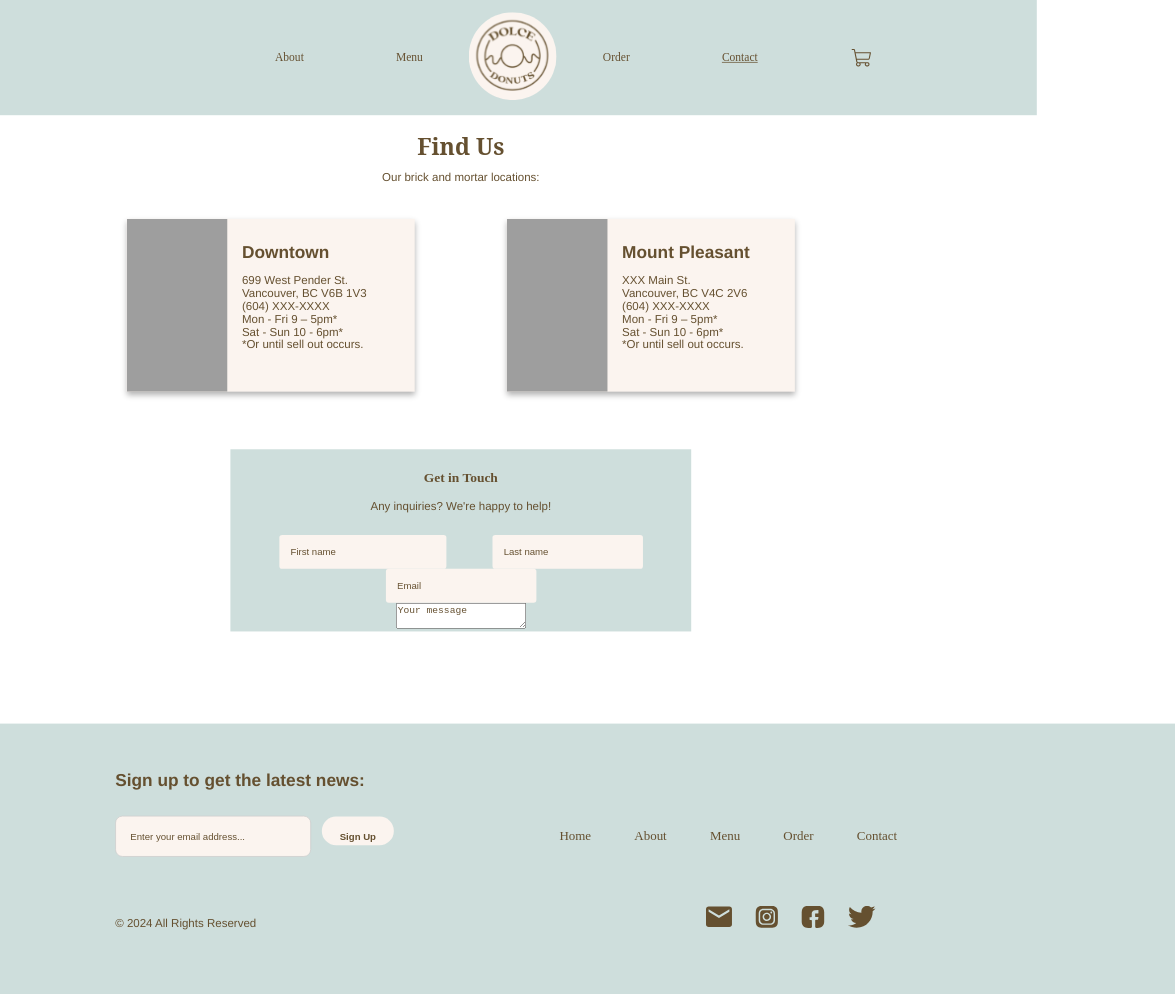
Repository: Crystalhtc/dolcedonuts
Page: /contact
These files come from the project's save history. The page is drawn as it stood at one moment and after the next save; the edit follows.
The browser window is 1280 px wide. The page is 1632 px wide, so the pictures cover 1632 px, including what lies to the right of the window. The pictures show the whole page, at 72% of full size.
Pictures or frames that could not be fetched are drawn as grey boxes. The project was rebuilt for these pictures with package versions that can differ from the ones it lists, and the page was loaded fresh each time. Also part of the build but not shown: vite.config.js, src/pages/Home.module.css, src/pages/Home.jsx, src/components/ProductCard/ProductCard.jsx, src/Data/products.js, src/pages/Order.css, src/pages/Menu.jsx, src/pages/Order.jsx and 13 more.

Above is the page before, as saved 2024-10-20 15:24:53.

### src/App.jsx
import React from 'react';
import "./App.css";
import { BrowserRouter as Router, Route, Routes } from 'react-router-dom';
import Header from './components/Header/Header';
import Footer from './components/Footer/Footer';
import Home from './pages/Home';
import Menu from './pages/menu';
import Order from './pages/order';
import Contact from './pages/Contact';
import About from './pages/About';
import Checkout from './pages/Checkout';
import Cart from './pages/Cart';
import ProductDetails from './pages/ProductDetails';
import PaymentReview from './pages/PaymentReview';

function App() {

  return (
    <Router>
      <Header />
      <Routes>
        <Route path="/" element={<Home />} />
        <Route path="/about" element={<About />} />
        <Route path="/menu" element={<Menu />} />
        <Route path="/order" element={<Order />} />
        {/* <Route path="/productdetails/:id" element={<ProductDetails />} /> */}
        <Route path="/productdetails" element={<ProductDetails />} />
        <Route path="/contact" element={<Contact />} />
        <Route path="/cart" element={<Cart />} />
        <Route path="/checkout" element={<Checkout />} />
        <Route path="/paymentreview" element={<PaymentReview />} />
      </Routes>
      <Footer />
    </Router>
  );
}

export default App;

### src/App.css
@import url('https://fonts.googleapis.com/css2?family=Arimo:ital,wght@0,400..700;1,400..700&display=swap');
@import url('https://fonts.googleapis.com/css2?family=Noto+Serif:ital,wght@0,100..900;1,100..900&display=swap');

:root {
    --mint: #CEDEDC;
    --cream: #FBF4EF;
    --pink: #F5CCD6;
    --dark-pink: #E3BBC5;
    --brown: #655030;
    --dark-brown: #4C3B22;
}
body {
    margin: 0 auto;
}
/* font */
/* heading, button */
h1 {
    font-family: "Noto Serif", serif;
    color: #655030;
    font-size: 28pt;
}
/* subheading */
h2 {
    font-size: 24pt;
    font-family: 'Arimo', sans-serif;
    color: #655030;
}
/* paragraph */
p {
    font-family: 'Arimo', sans-serif;
    color: #655030;
}

.container {
    max-width: 1440px;
    margin: 0 auto;
    height: auto;
    /* padding: 20px;  */
}

### src/components/Header/Header.jsx
import { NavLink } from 'react-router-dom';
import styles from './Header.module.css';
import logo from '../../assets/logo.svg';
import cartIcon from '../../assets/cart-icon.svg';

export default function Header() {
  return (
    <nav className={styles.nav}>
      <ul className={styles.navList}>
        <li className={styles.navItem}>
          <NavLink to="/about" className={({ isActive }) => (isActive ? styles.activeLink : undefined)}>About</NavLink>
        </li>
        <li className={styles.navItem}>
          <NavLink to="/menu" className={({ isActive }) => (isActive ? styles.activeLink : undefined)}>Menu</NavLink>
        </li>
        <li className={styles.logoContainer}>
          <NavLink to="/">
            <img src={logo} alt="Logo" className={styles.logo} />
          </NavLink>
        </li>
        <li className={styles.navItem}>
          <NavLink to="/order" className={({ isActive }) => (isActive ? styles.activeLink : undefined)}>Order</NavLink>
        </li>
        <li className={styles.navItem}>
          <NavLink to="/contact" className={({ isActive }) => (isActive ? styles.activeLink : undefined)}>Contact</NavLink>
        </li>
        <li className={styles.navItem}>
          <NavLink to="/cart" className={({ isActive }) => (isActive ? styles.activeLink : undefined)}>
            <img src={cartIcon} alt="Cart" className={styles.cartIcon} />
          </NavLink>
        </li>
      </ul>
    </nav>
  );
}

### src/components/Footer/Footer.jsx
import React from 'react';
import styles from './Footer.module.css';
import socialMediaIcons from '../../assets/social-media-icons.svg';

const Footer = () => {
    return (
        <footer className={styles.footer}> {/* Use styles for className */}
            <h2 className={styles.signUpMessage}>Sign up to get the latest news:</h2>

            <div className={styles.topContainer}>
                <div className={styles.newsletterSignup}> {/* Use styles for className */}
                    <input type="email" placeholder="Enter your email address..." />
                       <button className={styles.signupButton}>Sign Up</button> {/* Use styles for className */}
                </div>

                 <div className={styles.footerLinks}>
                     <ul className={styles.linkList}>
                        <li><a href="/">Home</a></li>
                        <li><a href="/about">About</a></li>
                        <li><a href="/menu">Menu</a></li>
                        <li><a href="/order">Order</a></li>
                        <li><a href="/contact">Contact</a></li>
                    </ul>
                </div>
            </div>

            <div className={styles.footerBottomContainer}>
                <p>© 2024 All Rights Reserved</p>
                <div className={styles.socialMedia}> {/* Use styles for className */}
                    <img src={socialMediaIcons} alt="Social Media Icons" />
                </div>
            </div>
        </footer>
    );
};

export default Footer;

### src/pages/Contact.jsx
import styles from './Contact.module.css';
import Form from '../components/ContactUsForm/ContactForm';

export default function Contact() {
    return(
        <div className={styles.contactUsContainer}>
            <h1 className={styles.contactUsH1}>Find Us</h1>
            <p>Our brick and mortar locations:</p>
                <div className={styles.contactUsCardContainer}>
                    <div className={styles.contactUsCard}>
                        <div className={styles.locationOne}>
                            <img src="https://images.unsplash.com/photo-1574033566548-f6c3f48cc11e?q=80&w=2160&auto=format&fit=crop&ixlib=rb-4.0.3&ixid=M3wxMjA3fDB8MHxwaG90by1wYWdlfHx8fGVufDB8fHx8fA%3D%3D"
                            alt="cafe table 1"
                            width={140}
                            height={240}
                            className={styles.contactUsImg}
                            />
                            <div>
                                <h2 className={styles.contactUsText}>Downtown</h2>
                                    <p className={styles.contactUsText}> 699 West Pender St.
                                    <br/>
                                    Vancouver, BC V6B 1V3
                                    <br/>
                                    (604) XXX-XXXX
                                    <br/>
                                    Mon - Fri  9 – 5pm*
                                    <br/>
                                    Sat - Sun 10 - 6pm*
                                    <br/>
                                    *Or until sell out occurs.
                                    </p>
                            </div>

                        </div>
                    </div>

                    <div className={styles.contactUsCard}>
                        <div className={styles.locationOne}>
                            <img src="https://images.unsplash.com/photo-1613274554329-70f997f5789f?q=80&w=2574&auto=format&fit=crop&ixlib=rb-4.0.3&ixid=M3wxMjA3fDB8MHxwaG90by1wYWdlfHx8fGVufDB8fHx8fA%3D%3D"
                            alt="cafe table 2"
                            width={140}
                            height={240}
                            className={styles.contactUsImg}
                            />
                            <div>
                                <h2 className={styles.contactUsText}>Mount Pleasant</h2>
                                    <p className={styles.contactUsText}> XXX Main St.
                                    <br/>
                                    Vancouver, BC V4C 2V6
                                    <br/>
                                    (604) XXX-XXXX
                                    <br/>
                                    Mon - Fri  9 – 5pm*
                                    <br/>
                                    Sat - Sun 10 - 6pm*
                                    <br/>
                                    *Or until sell out occurs.
                                    </p>
                            </div>
                        </div>
                    </div>
                </div>
            <Form/>
        </div>
    )
}

### src/components/Header/Header.module.css
.nav {
    width: 1440px;
    height: 160px;
    background-color: var(--mint);
    display: flex;
    justify-content: center;
    flex-shrink: 0;
    margin: auto;
}

.navList {
    list-style-type: none;
    display: flex;
    justify-content: center;
    align-items: center;
    margin: 0;
    padding: 0;
    width: 100%;

    margin-left: 11%;
}

.navItem {
    margin: 0 4rem;
}

.navItem a {
    text-decoration: none;
    color: var(--brown);
}

.logoContainer {
    flex: 0 0 auto;
}

.logo {
    width: 122px;
    height: 122px;
    object-fit: contain;
}

.cartIcon {
    width: 36px;
    height: auto;
}

.navItem .activeLink {
    text-decoration: underline;
    color: var(--brown);
}

### src/components/Footer/Footer.module.css
.footer {
    width: 1440px;
    height: 312px;
    background-color: var(--mint);
    padding: 2rem;
    color: var(--brown);
    padding-left: 10rem;
    flex-shrink: 0;
    margin: auto;
}

.topContainer {
    display: flex;
    align-items: center;
    gap: 10rem;
}

.footerBottomContainer {
    display: flex;
    margin-top: 3rem;
    gap: 39rem;
}

.newsletterSignup input {
    padding: 20px;
    width: 230px;
    border: 1px solid #ccc;
    background-color: var(--cream);
    border-radius: 10px;
}

.signupButton {
    width: 100px;
    padding: 20px;
    margin-left: 15px;
    background-color: var(--cream);
    color: var(--brown);
    font-weight: bold;
    border: none;
    border-radius: 20px;
}

.footerLinks {
    margin: 20px 0;
    display: flex;
    font-size: large;
}

.linkList a {
    color: var(--brown);
    list-style-type: none;
    text-decoration: none;
}

.linkList li {
    text-decoration: none;
    display: inline;
    margin: 0 30px;
}

.socialMedia img {
    width: 250px;
    height: auto;
}

### src/pages/Contact.module.css
.contactUsContainer {
    text-align: center;
}

.contactUsH1 {
    margin-bottom: -2px;
}

.contactUsCardContainer {
    display: flex;
    gap: 10%;
    justify-content: center;
    margin-top: 3rem;
}

.locationOne {
    display: flex;
}

.contactUsText {
    text-align: left;
    padding-left: 20px;
}

.contactUsCard {
    background-color: var(--cream);
    width: 400px;
    box-shadow: 0 4px 8px rgba(0, 0, 0, 0.3);
    margin-bottom: 5rem;
}

### src/components/ContactUsForm/ContactForm.jsx
import { useState } from "react";
import styles from './ContactForm.module.css';

export default function Form() {
    const [firstName, setFirst] = useState('');
    const [lastName, setLast] = useState('');
    const [submitted, setSubmitted] = useState(false);

    const handleSubmission = async (e) => {
        e.preventDefault();
        console.log('Thank you for your inquiry!');
        setSubmitted(true);
    };

    return (
        <>
            {submitted ? (
                <div className={styles.successfulMessage}>
                    <h2>Thank you for your inquiry!</h2>
                    <p>You will hear from us within 14 business days.</p>
                </div>
            ) : (
                <form onSubmit={handleSubmission} className={styles.formContainer}>
                    <div className={styles.nameContainer}>
                        <h3>Get in Touch</h3>
                        <p>Any inquiries? We're happy to help!</p>
                        <div className={styles.nameFieldContainer}>
                            <div className={styles.nameField}>
                                <input
                                    className={styles.inputWidth}
                                    name="firstName"
                                    placeholder="First name"
                                    type="text"
                                    value={firstName}
                                    onChange={(e) => setFirst(e.target.value)}
                                    required
                                />
                            </div>
                            <div className={styles.nameField}>
                                <input
                                    name="lastName"
                                    placeholder="Last name"
                                    type="text"
                                    value={lastName}
                                    onChange={(e) => setLast(e.target.value)}
                                    required
                                />
                            </div>
                        </div>
                        <div className={styles.formPlaceholders}>
                            <input type="email" name="email" placeholder="Email"/>
                        </div>

                        <div className={styles.formPlaceholders}>
                            <textarea name="message" placeholder="Your message"></textarea>
                        </div>
                    </div>

                </form>
            )}
        </>
    );
}

{/* <div className={styles.contactFormContainer}>
            <h2>Get in touch</h2>
            <p>Any inquiries? We're happy to help.</p>
            <form className={styles.form}>
                <div className={styles.formPlaceholdersName}>
                    <input type="text" name="firstName" placeholder="First name"/>
                    <br/>
                    <input type="text" name="lastName" placeholder="Last name"/>
                </div>

                <div className={styles.formPlaceholders}>

                </div>

                <div className={styles.formPlaceholders}>
                    <input type="email" name="email" placeholder="Email"/>
                </div>

                <div className={styles.formPlaceholders}>
                    <textarea name="message" placeholder="Your message"></textarea>
                </div>
            </form>
        </div> */}

### src/pages/Checkout.module.css
.checkoutContainer {
    display: flex;
    align-items: center;
    justify-content: center;
}

input {
    background-color: var(--cream);
    border: none;
    padding: 1rem;
    border-radius: 4px;
}

.contactInputs {
    display: flex;
    flex-direction: column;
}

.checkoutContainer {
    display: flex;
    justify-content: space-between;
    align-items: start;
    padding: 2rem;
    max-width: 1200px;
    margin: 0 auto;
    gap: 3rem;
}

.leftColumn {
    flex: 2;
}

.rightColumn {
    flex: 1;
    padding: 2rem;
    height: fit-content;
    border-left: 1px solid var(--brown);
}

::placeholder {
    color: var(--brown);
}

h3 {
    color: var(--brown);
}

/* Contact Section */
.contactInputs {
    display: flex;
    flex-direction: column;
    gap: 1rem;
}

/* Delivery Section */
.deliveryOptions {
    display: flex;
    flex-direction: column;
    align-items: center;
}

.deliveryToggle {
    display: flex;
    align-items: center;
    gap: 1rem;
    margin: 1rem 0;
    background-color: var(--cream);
    border-radius: 10px;
    padding: 0.5rem;
    width: 60%;
}

/* Delivery Toggle Buttons */
.deliveryToggle {
    display: flex;
    gap: 1rem; /* Space between buttons */
}

.deliveryToggle button {
    padding: 0.75rem 1rem;
    border: none;
    border-radius: 20px;
    cursor: pointer;
    flex: 1;
    transition: background-color 0.3s ease; /* Smooth transition */
}

/* Default styles */
.pickupButton {
    background-color: transparent; /* Inactive state */
    color: var(--brown); /* Text color */
}

.deliveryButton {
    background-color: transparent; /* Inactive state */
    color: var(--brown); /* Text color */
}

/* Active styles */
.pickupButton.active,
.deliveryButton.active {
    background-color: var(--mint); /* Active button color */
}

/* Hover state */
.deliveryToggle button:hover {
    background-color: pink; /* Hover state */
}

/* Optional: Set a specific color for inactive buttons' text */
.deliveryToggle button:not(.active) {
    color: var(--brown); /* Change to desired inactive text color */
}

.addresses {
    display: flex;
    flex-direction: column;
    gap: 1rem;
}

.downtown, .mountPleasant {
    background-color: var(--cream);
    border-radius: 10px;
    padding: 1rem;
    display: flex;
    gap: 1rem;
    align-items: start;
}


/* Payment Section */
.paymentContainer {
    margin: 1rem 0;
}

.creditCardTitle {
    background: var(--mint);
    padding: 0.5rem 1rem;
    margin-bottom: 1rem;
}

.paymentInputs {
    display: flex;
    flex-direction: column;
    gap: 1rem;
}

.fullWidthInput input {
    width: 100%;
}

.halfWidthInput {
    display: flex;
    justify-content: space-between;
}

.firstHalfInput {
    width: 100%;
}

.secondHalfInput {
    width: 100%;
    display: flex;
    justify-content: end;
}

.firstHalfInput input {
    width: 90%;
}

.secondHalfInput input {
    width: 90%;
}

.halfWidthInputField input {
    width: 50%
}

.paymentInputs > div {
    display: flex;
    gap: 1rem;
}

/* Right Column Styling */
.checkoutProducts {
    display: flex;
    flex-direction: column;
    gap: 1rem;
    margin-bottom: 2rem;
}

.discountCode {
    display: flex;
    gap: 1rem;
    margin-bottom: 2rem;
    height: 3rem;
}

.discountInput {
    flex: 1;
    background: none;
    border: 2px solid var(--mint);
}

.discountButton {
    height: 3rem;
    padding: 0 1.5rem;
    background: none;
    border: none;
    border-radius: 10px;
    cursor: pointer;
    background: var(--cream);
}

.discountButton:hover {
    background: var(--brown);
    color: var(--cream);
}

.price {
    display: flex;
    flex-direction: column;
    margin-bottom: 2rem;
}

.subtotal, .tax, .total {
    display: flex;
    justify-content: space-between;
    align-items: center;
}

.total {
    font-weight: bold;
    font-size: 1.2rem;
    border-top: 1px solid #ccc;
    padding-top: 1rem;
}

/* Section Headers */
h1 {
    margin-bottom: 2rem;
    font-size: 2rem;
}

h2 {
    margin: 2rem 0 1rem 0;
    font-size: 1.5rem;
}

/* Responsive Design */
@media (max-width: 768px) {
    .checkoutContainer {
        flex-direction: column;
        padding: 1rem;
    }

    .rightColumn {
        width: 100%;
    }

    .paymentInputs > div,
    .addressInputs > div {
        flex-direction: column;
    }
}

### src/pages/PaymentReview.module.css

.reviewContainer > h1 {
    margin: 2rem auto;
    text-align: center;
    color: var(--brown);
}

.orderReview {
    display: flex;
    justify-content: space-between;
    align-items: start;
    width: 100%;
    gap: 2rem;
}

.orderDetails {
    flex: 2;
    margin-left: 2rem;
}

.orderSummary {
    flex: 1;
    padding: 2rem;
    height: fit-content;
    border-left: 1px solid var(--brown);
}

.orderTable {
    border-collapse: collapse;
    background: var(--cream);
}

.orderTable tr {
    border: 1px solid var(--brown);
}

.orderTable td {
    padding: 1rem;
    color: var(--brown);
}

.orderTable td:first-child {
    font-weight: bold;
    width: 30%;
}

.productList {
    display: flex;
    flex-direction: column;
    gap: 1rem;
    margin-bottom: 2rem;
}

.productCard {
    display: flex;
    gap: 1rem;
    padding: 1rem;
    border: 1px solid var(--brown);
    background-color: var(--cream);
    align-items: start;
    justify-content: start;
}

.productImage {
    width: 80px;
    height: 80px;
    background-color: #f0f0f0;
    border-radius: 4px;
}

.productInfo {
    flex: 1;
    color: var(--brown);
}

.productName {
    font-size: 1.2rem;
    font-weight: bold;
    color: var(--brown);
}

.productPrice {
    color: var(--brown);
    font-weight: bold;
}

.priceSummary {
    display: flex;
    flex-direction: column;
    margin-bottom: 2rem;
}

.subtotal, .tax, .total {
    display: flex;
    justify-content: space-between;
    align-items: center;
    color: var(--brown);
}

.total {
    font-weight: bold;
    font-size: 1.2rem;
    border-top: 1px solid var(--brown);
    padding-top: 1rem;
}

.continueButtonContainer {
    width: 100%;
    display: flex;
    justify-content: center;
    margin-top: 2rem;
}

.continueButton {
    width: 50%;
}

/* Section Headers */
h1 {
    margin-bottom: 2rem;
    font-size: 2rem;
    color: var(--brown);
}

/* Responsive Design */
@media (max-width: 768px) {
    .reviewContainer {
        padding: 1rem;
    }

    .orderSummary {
        width: 100%;
        border-left: none;
        border-top: 1px solid var(--brown);
        padding-top: 2rem;
    }

    .continueButton button {
        width: 100%;
    }

    .orderTable td {
        display: block;
        width: 100%;
    }

    .orderTable td:first-child {
        width: 100%;
        padding-bottom: 0;
    }
}

### src/components/ProductCard/ProductCard.module.css
.container {
    width: 340px;
    height: 530px;
    border-radius: 8px;
    padding: 18px 8px;
    box-shadow: 0px 4px 4px 0px rgba(0, 0, 0, 0.25);
    display: flex;
    flex-direction: column;
    align-items: center;
}
.priceAndButton {
    display: flex;
    flex-direction: row;
    align-items: center;
    gap: 10em;
}
button {
    width: 95px;
    height: 36px;
    border-radius: 8px;
    border: none;
    color: var(--brown);
    background: var(--Cream, #FBF4EF);
}
button h2 {
    margin: 0;
}

### src/components/ContactUsForm/ContactForm.module.css
.form {
    justify-content: left;
    text-align: left;
}
.formPlaceholdersName {
    display: flex;
}

.contactFormContainer {
    text-align: center;
}

.nameFieldContainer {
    display: flex;
    justify-content: center;
    gap: 10%;
    padding-top: 15px;
}

.inputWidth{
    width: 200px;
}

form {
    background-color: var(--mint);
    margin-left: 25%;
    margin-right: 25%;
    margin-bottom: 10%;
    padding-top: 10px;
}

Loaded but not shown: index.html (common file); src/main.jsx (common file)

After the next save:
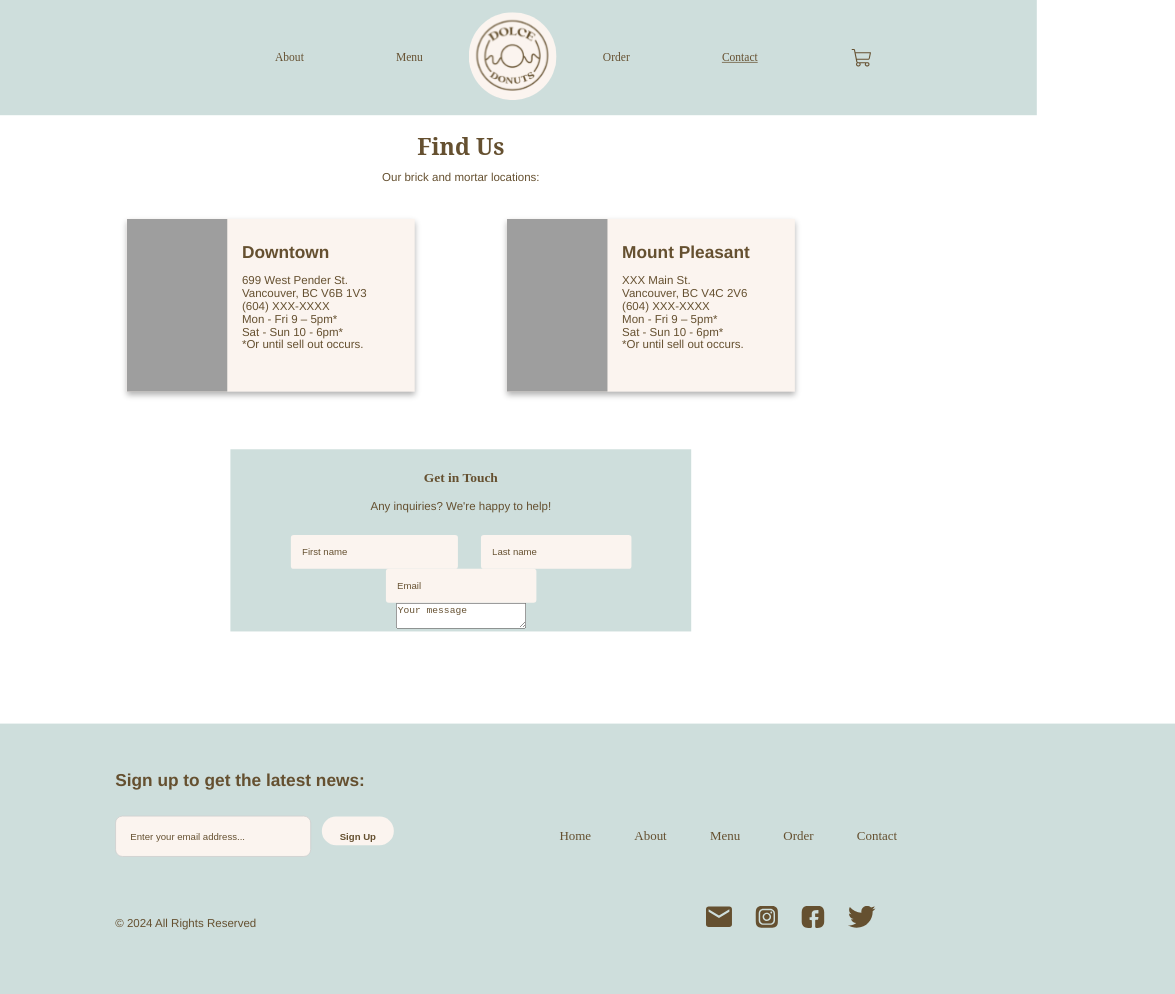
Saved 9 s later.
--- a/src/components/ContactUsForm/ContactForm.module.css
+++ b/src/components/ContactUsForm/ContactForm.module.css
@@ -13,7 +13,7 @@
 .nameFieldContainer {
     display: flex;
     justify-content: center;
-    gap: 10%;
+    gap: 5%;
     padding-top: 15px;
 }
 
